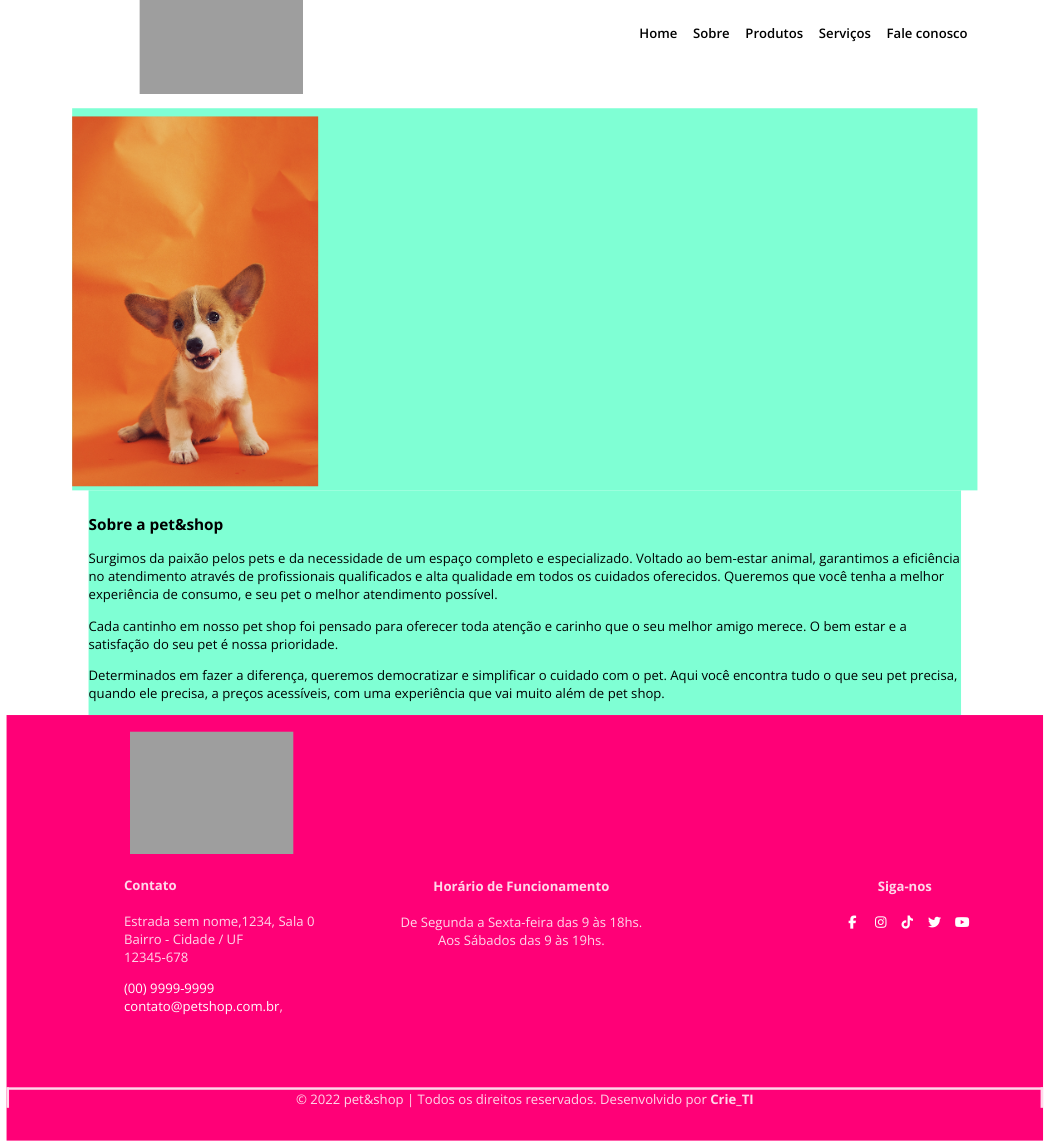
Repository: Iluiscarlos/Projeto-Site-PetShop
Page: About.html
An editor plug-in stored every save of this project. The page is shown before and after the next save, followed by the edit.
The browser window is 1280 px wide. The pictures show the whole page, at 82% of full size.
Pictures or frames that could not be fetched are drawn as grey boxes. Some web libraries are served in a nearby version.

Above is the page before, as saved 2022-04-25 20:30:38.

After the next save:
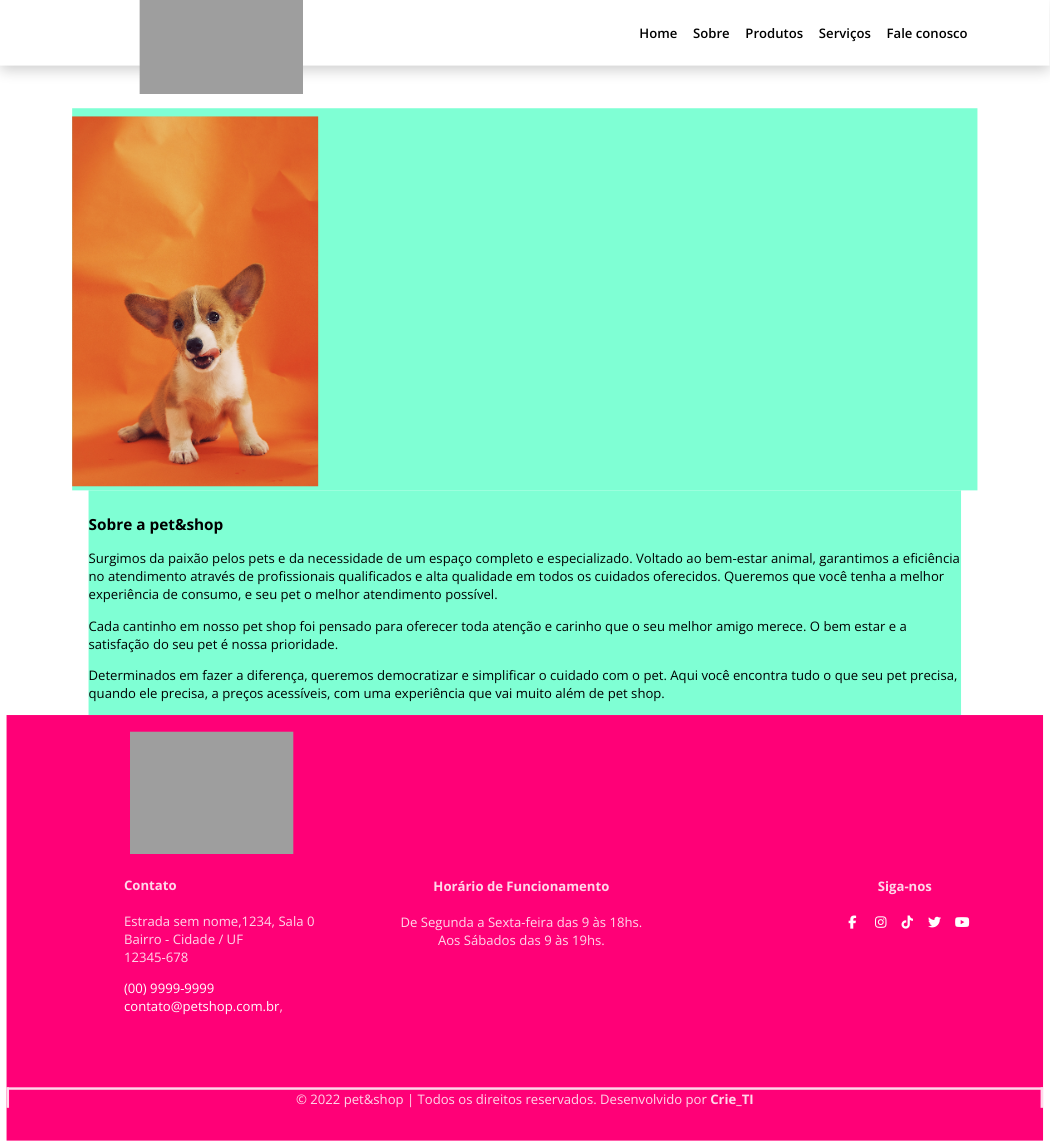
Saved 2 min 14 s later.
--- a/About.html
+++ b/About.html
@@ -30,6 +30,7 @@
       right: 0;
       background-color: #ffffff;
       height: 80px;
+      box-shadow: 0 5px 1em #cecece;
     }
 
     .brand-name {
